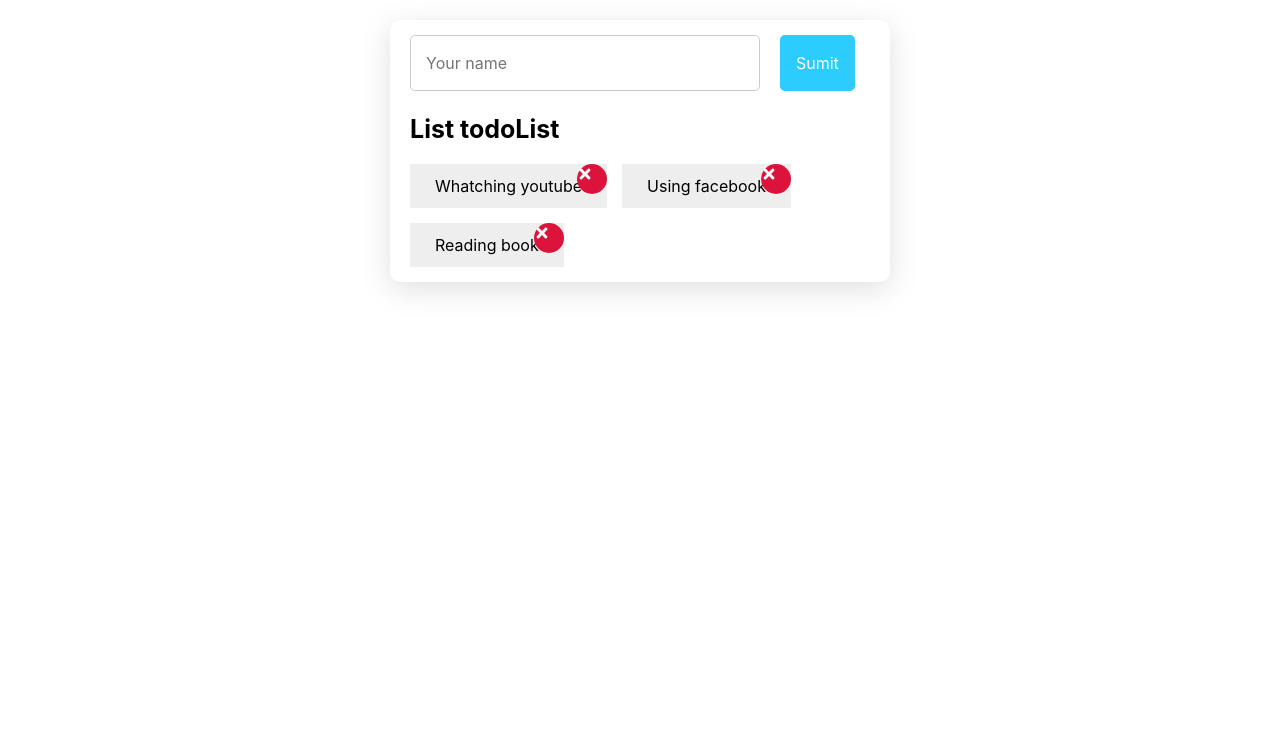
Repository: hoang0508/ReactJsHoiDanIT
Page: /weather
The author's editor kept a copy of each file at every save. The page is drawn from the files as they stood at one save, then again after a run of saves.
The browser window is 1280 px wide. The pictures show the whole page.
The project was rebuilt for these pictures with package versions that can differ from the ones it lists, and the page was loaded fresh each time.

Above is the page before, as saved 2022-02-04 16:55:09.

### src/App.js
// import logo from "./logo.svg";
import "./App.css";
import TodoList from "./components/TodoApp/TodoList";

const App = () => {
  return <TodoList />;
};

export default App;

### src/App.css
*,
*::before,
*::after {
  box-sizing: border-box;
}
body,
h1,
h2,
h3,
h4,
h5,
h6,
p,
figure,
picture {
  margin: 0;
}
body {
  min-height: 100vh;
  line-height: 1.5;
}
input,
button,
select,
textarea {
  font: inherit;
}
img,
picture {
  display: block;
  max-width: 100%;
}
/* remove animation for people who've turned them off */
@media (prefers-reduced-motion: reduce) {
  *,
  *::before,
  *::after {
    animation-duration: 0.01ms !important;
    animation-iteration-count: 1 !important;
    transition-duration: 0.01ms !important;
    scroll-behavior: auto !important;
  }
}

### src/components/TodoApp/TodoList.js
import React, { useState } from "react";
import "./TodoList.scss";
import _ from "lodash";
import { FaTimes } from "react-icons/fa";
const TodoList = () => {
  const [nameTodo, setNameTodo] = useState("");
  const [listTodo, setListTodo] = useState([
    {
      id: 1,
      name: "Whatching youtube",
    },
    {
      id: 2,
      name: "Using facebook",
    },
    {
      id: 3,
      name: "Reading book",
    },
  ]);
  console.log(">> check data:", listTodo);
  const handleChangeTodo = (e) => {
    setNameTodo(e.target.value);
  };
  const handleClickTodo = (e) => {
    let todoItem = {
      id: Math.floor(Math.random() * 1000),
      name: nameTodo,
    };
    // cách đi làm
    let currentTodoList = _.clone(listTodo);
    currentTodoList.push(todoItem);
    setListTodo(currentTodoList);

    // cách thông dụng của hook
    // setListTodo([...listTodo, todoItem]);
  };
  return (
    <>
      <div className="todo">
        <form>
          <input
            className="todo-input"
            type="text"
            placeholder="Your name"
            // value={nameTodo}
            onChange={(e) => handleChangeTodo(e)}
          />
          <button
            className="todo-btn"
            type="button"
            onClick={(e) => handleClickTodo(e)}
          >
            Sumit
          </button>
        </form>
        <div>
          <h3 className="todo-title">List todoList</h3>
          <div className="todo-list">
            {listTodo &&
              listTodo.length > 0 &&
              listTodo.map((item, index) => (
                <div key={item.id} className="todo-item">
                  <div className="todo-name">{item.name}</div>
                  <div className="todo-dele">
                    <FaTimes />
                  </div>
                </div>
              ))}
          </div>
        </div>
      </div>
    </>
  );
};

// class TodoList extends React.Component {
//   // Khai báo state
//   state = {
//     name: "Hoang",
//   };
//   render() {
//     return (
//       <>
//         <input
//           placeholder="Your name"
//           onChange={(e) => this.setState({ name: e.target.value })}
//         />
//         <div>Hello {this.state.name}</div>
//       </>
//     );
//   }
// }

export default TodoList;

### src/components/TodoApp/TodoList.scss
.todo {
  max-width: 500px;
  width: 100%;
  margin: 20px auto;
  padding: 15px 20px;
  background-color: #fff;
  box-shadow: rgba(100, 100, 111, 0.2) 0px 7px 29px 0px;
  border-radius: 10px;
  overflow: hidden;
  form {
    margin-bottom: 20px;
  }
  &-input {
    max-width: 350px;
    width: 100%;
    border: 1px solid #ccc;
    outline: none;
    padding: 15px;
    border-radius: 5px;
  }
  &-btn {
    border: 0;
    padding: 16px;
    outline: none;
    cursor: pointer;
    background-color: #2cccff;
    color: #fff;
    border-radius: 5px;
    margin-left: 20px;
  }
  &-title {
    font-size: 25px;
    margin-bottom: 15px;
  }
  &-list {
    display: flex;
    flex-wrap: wrap;
    align-items: center;
    gap: 15px;
  }
  &-item {
    background-color: #eee;
    padding: 10px 25px;
    position: relative;
  }
  &-dele {
    position: absolute;
    width: 30px;
    height: 30px;
    background-color: crimson;
    color: #fff;
    border-radius: 100rem;
    top: 0;
    right: 0;
  }
}

Loaded but not shown: public/index.html (common file); src/index.js (common file); src/index.css (common file); src/reportWebVitals.js (common file)

After the next 2 saves:
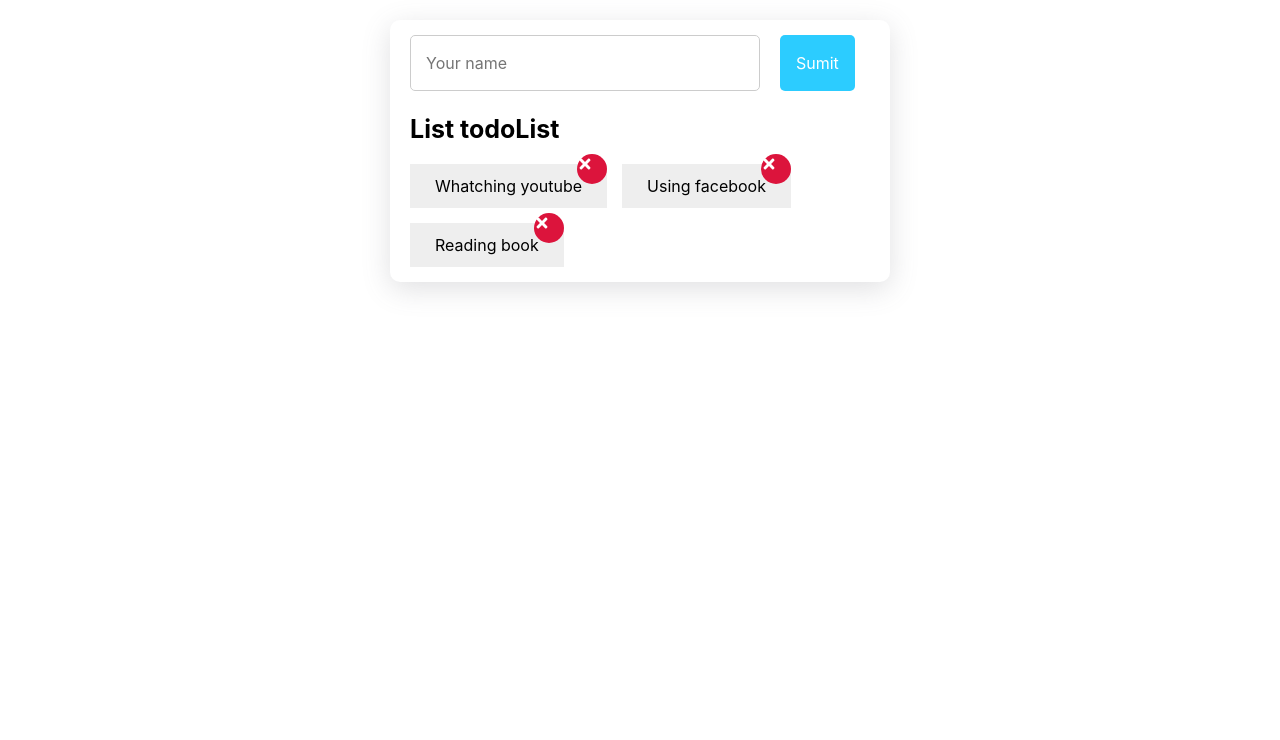
The 2 saves are shown as one change because they came seconds apart.
The last was saved 10 s later.
--- a/src/components/TodoApp/TodoList.scss
+++ b/src/components/TodoApp/TodoList.scss
@@ -50,7 +50,7 @@
     background-color: crimson;
     color: #fff;
     border-radius: 100rem;
-    top: 0;
+    top: -10px;
     right: 0;
   }
 }
